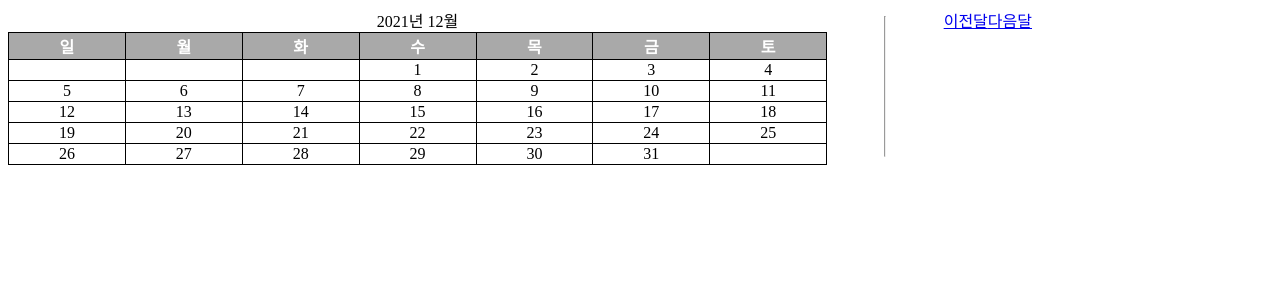
Repository: Jin0207/jsp
Page: http://localhost/day1210/calendarTest.jsp
These files come from the project's save history. The page is drawn as it stood at one moment and after the next save; the edit follows.
The browser window is 1280 px wide. The pictures show the whole page.
The page is served by Tomcat 9.

Above is the page before, as saved 2021-12-10 07:13:42.

After the next save:
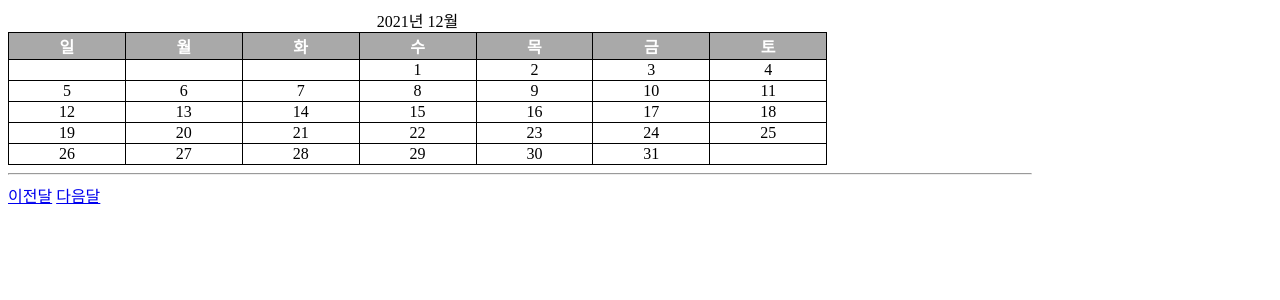
Saved 12 s later.
--- a/day1210/src/main/webapp/calendarTest.jsp
+++ b/day1210/src/main/webapp/calendarTest.jsp
@@ -9,8 +9,6 @@
 <style type="text/css">
 	body{
 		width: 80%;
-		display:flex;
-		flex-wrap: wrap;
 	}
 	table, td, th{
 		border: 1px solid black;
